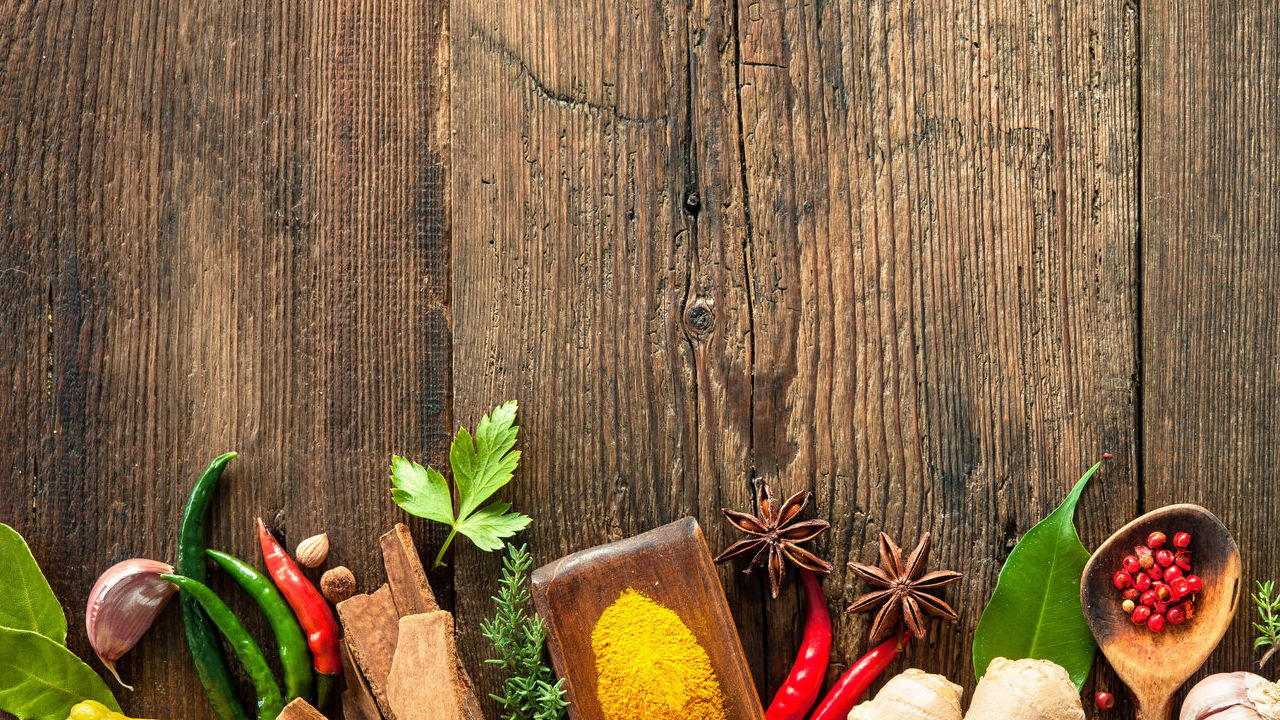
Repository: 43320888/upwork
Page: index.html
These files come from the project's save history. The page is drawn as it stood at one moment and after the next save; the edit follows.
The browser window is 1280 px wide. The pictures show the whole page.

Above is the page before, as saved 2019-01-16 11:52:50.

After the next save:
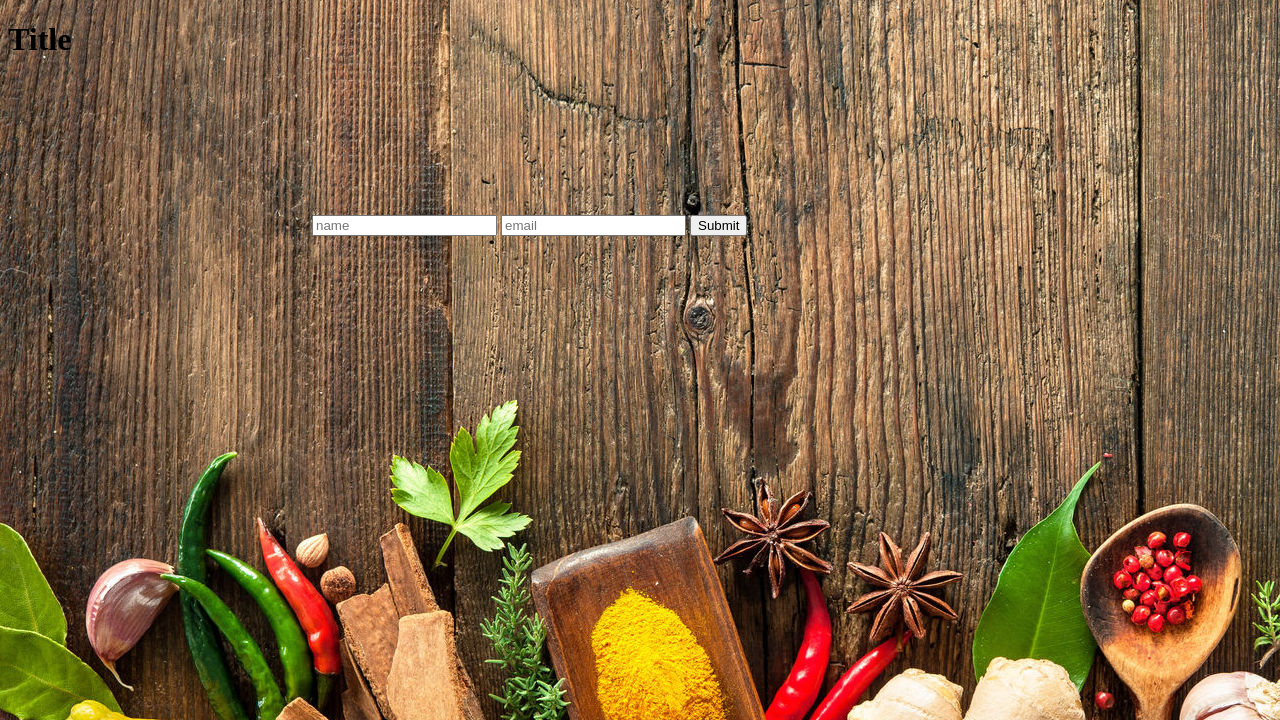
Saved 18 min 51 s later.
--- a/index.html
+++ b/index.html
@@ -9,6 +9,11 @@
 	<title>Spin wheel</title>
 </head>
 <body>
+	<h1>Title</h1>
+	<canvas></canvas>
+	<input type="text" placeholder="name">
+	<input type="text" placeholder="email">
+	<input type="submit" placeholder="submit">
 
 </body>
 </html>
